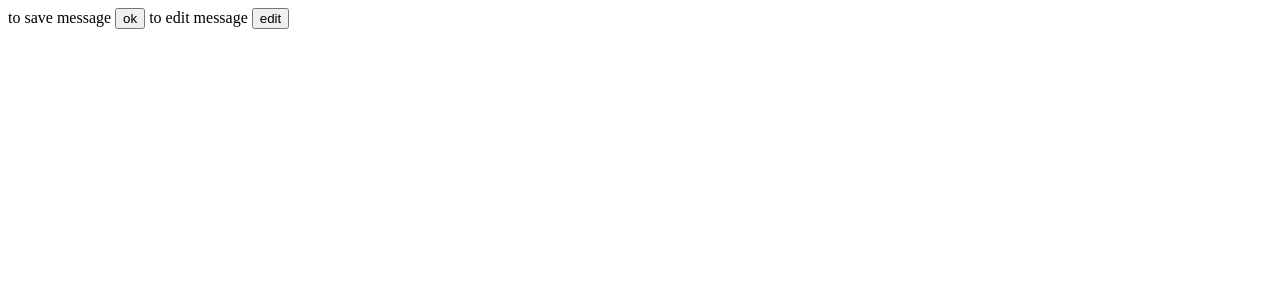
Repository: shiveshk/PullData
Page: http://localhost/Hams/message.jsp
An editor plug-in stored every save of this project. The page is shown before and after the next save, followed by the edit.
The browser window is 1280 px wide. The pictures show the whole page.
The page is served by Tomcat 9. Nobody is signed in. The application's start-up code is not run. Other server files are loaded and not shown.

Above is the page before, as saved 2015-11-09 07:33:47.

### Hams/WebContent/message.jsp
<%@ page language="java" contentType="text/html; charset=ISO-8859-1"
    pageEncoding="ISO-8859-1"%>
<!DOCTYPE html PUBLIC "-//W3C//DTD HTML 4.01 Transitional//EN" "http://www.w3.org/TR/html4/loose.dtd">
<html>
<head>
<meta http-equiv="Content-Type" content="text/html; charset=ISO-8859-1">
<title>Insert title here</title>
</head>
<body>


<form action="SaveOrEditAppointmentServlet" method="post">
to save message <input type="submit" name="act" value="ok" /><b></b>
to edit message <input type="submit" name="act" value="edit" />
</form>

</body>
</html>

After the next save:
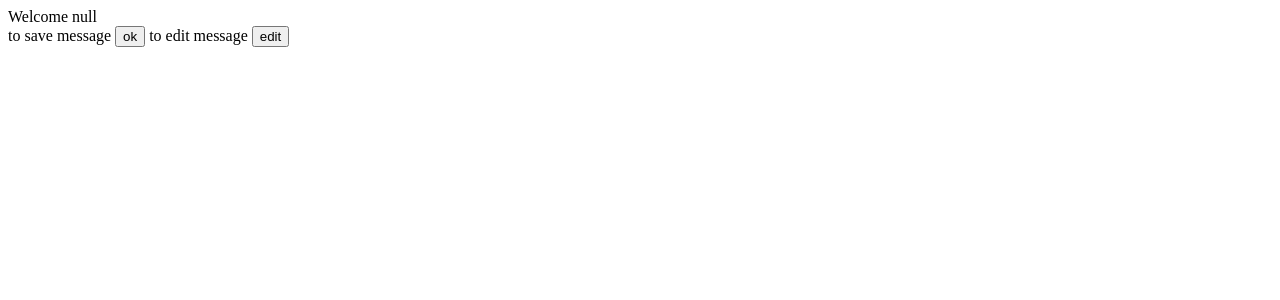
Saved 77 s later.
--- a/Hams/WebContent/message.jsp
+++ b/Hams/WebContent/message.jsp
@@ -7,7 +7,9 @@
 <title>Insert title here</title>
 </head>
 <body>
-
+<% String username = (String)request.getSession().getAttribute("name");
+out.println("Welcome "+username);
+%>
 
 <form action="SaveOrEditAppointmentServlet" method="post">
 to save message <input type="submit" name="act" value="ok" /><b></b>
